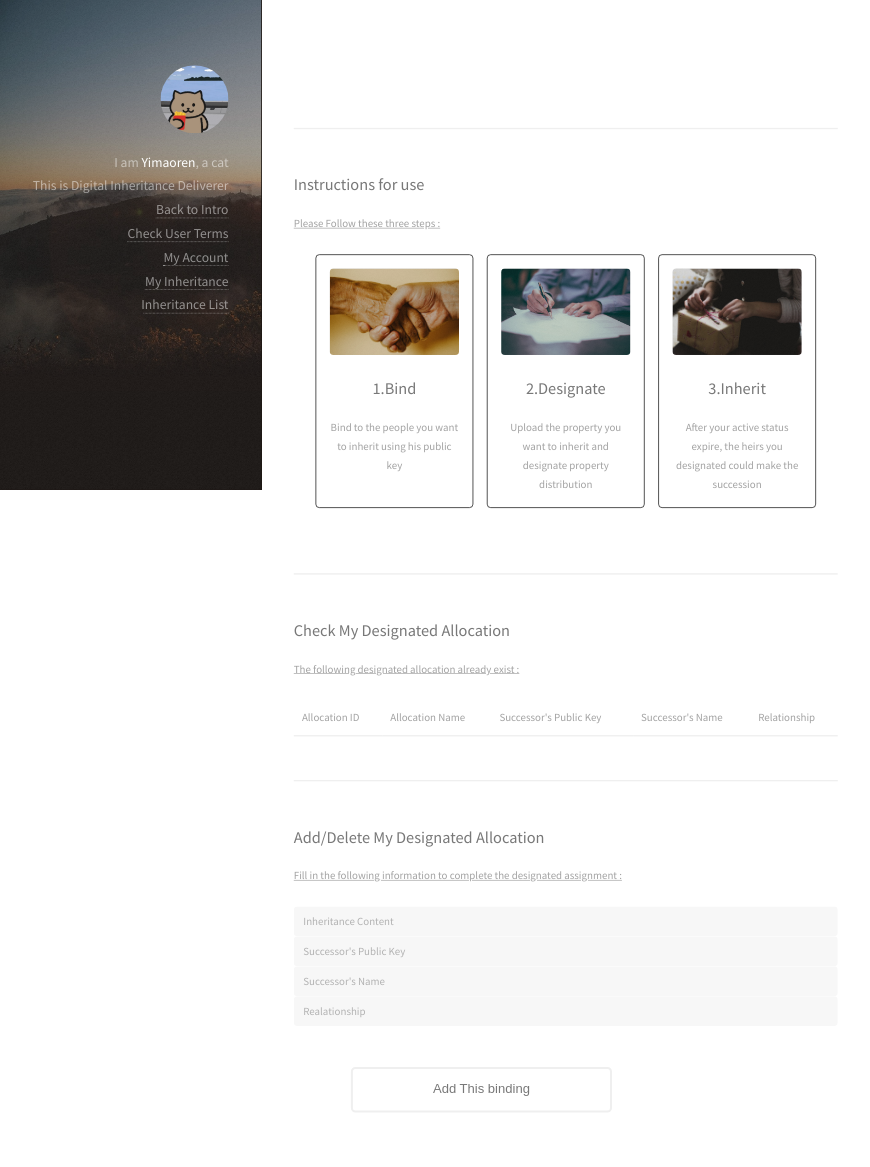
Repository: 1mocat/DID-blockchain-project
Page: Digital_I_D/app/src/my_inher.html
An editor plug-in stored every save of this project. The page is shown before and after the next save, followed by the edit.
The browser window is 1280 px wide. The pictures show the whole page, at 68% of full size.

Above is the page before, as saved 2023-10-03 22:40:15.

After the next save:
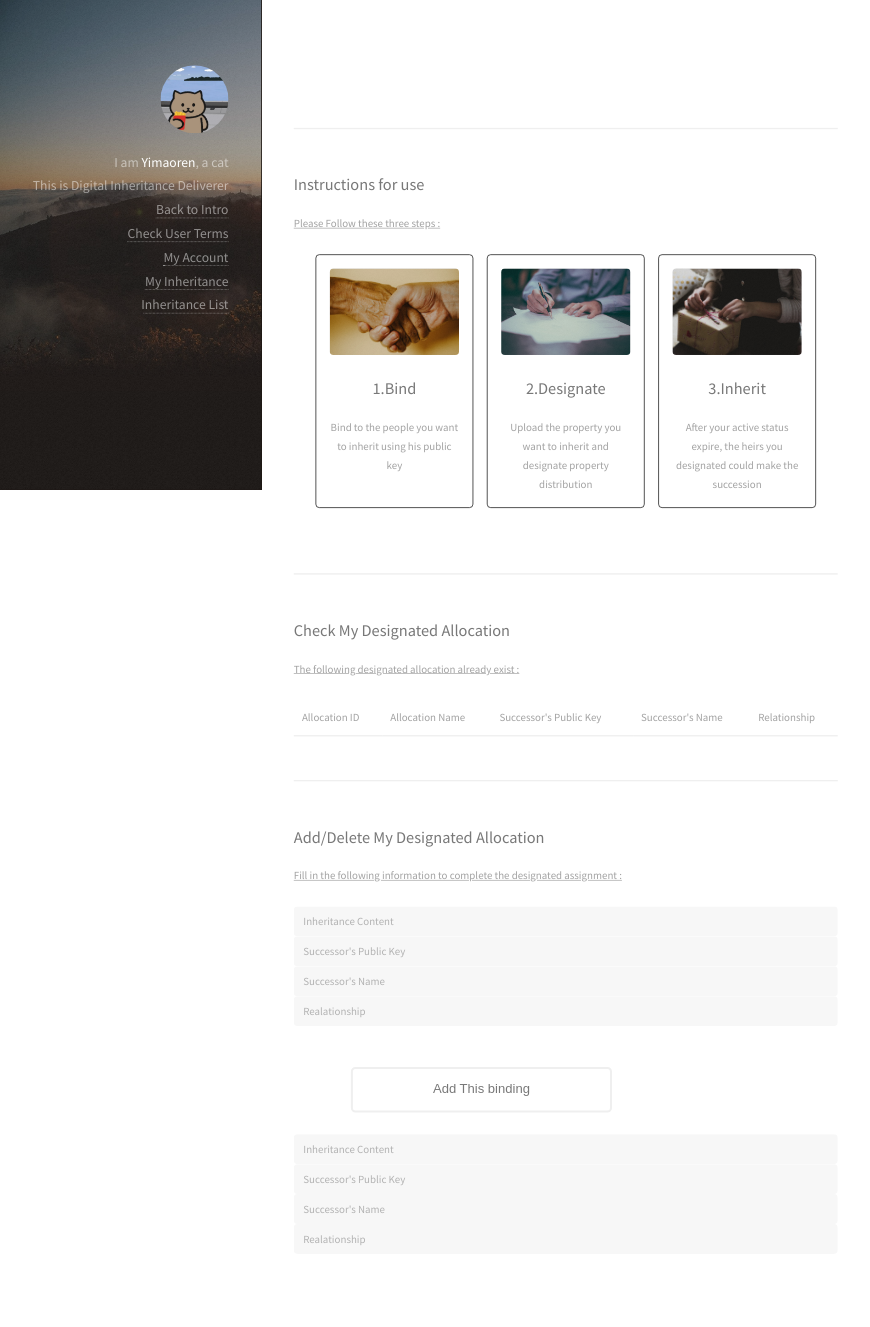
Saved 7 s later.
--- a/Digital_I_D/app/src/my_inher.html
+++ b/Digital_I_D/app/src/my_inher.html
@@ -139,6 +139,15 @@
 					<ul class="actions">
 						<button onclick="" class="button custom-button-left" style="font-size: 1.2em; height: 3.5em; width: 2em;">Add This binding</button>
 					</ul>
+					<form method="post" action="#">
+						<div class="fields">
+							<div class="field half"><input type="text" name="Inheritance Content" placeholder="Inheritance Content" /></div>
+							<div class="field half"><input type="text" name="Successor's Public Key" placeholder="Successor's Public Key" /></div>
+							<div class="field half"><input type="text" name="Successor's Name" placeholder="Successor's Name" /></div>
+							<div class="field half"><input type="text" name="Realationship" placeholder="Realationship" /></div>
+						</div>
+						<br>
+					</form>
 		</section>
 
 
